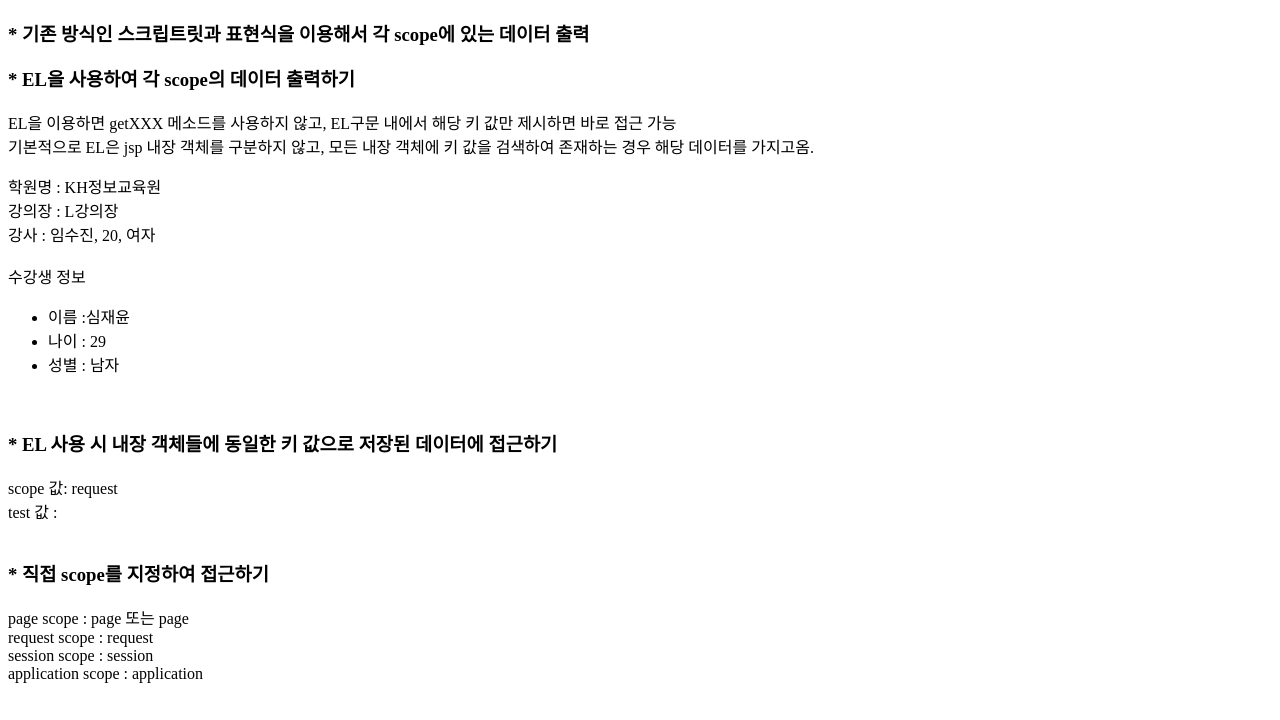
Repository: smjae96/Backup
Page: http://localhost/elActionProject/el.do
An editor plug-in stored every save of this project. The page is shown before and after the next save, followed by the edit.
The browser window is 1280 px wide. The pictures show the whole page.
The page is served by Tomcat 9.

Above is the page before, as saved 2024-03-28 02:47:51.

After the next save:
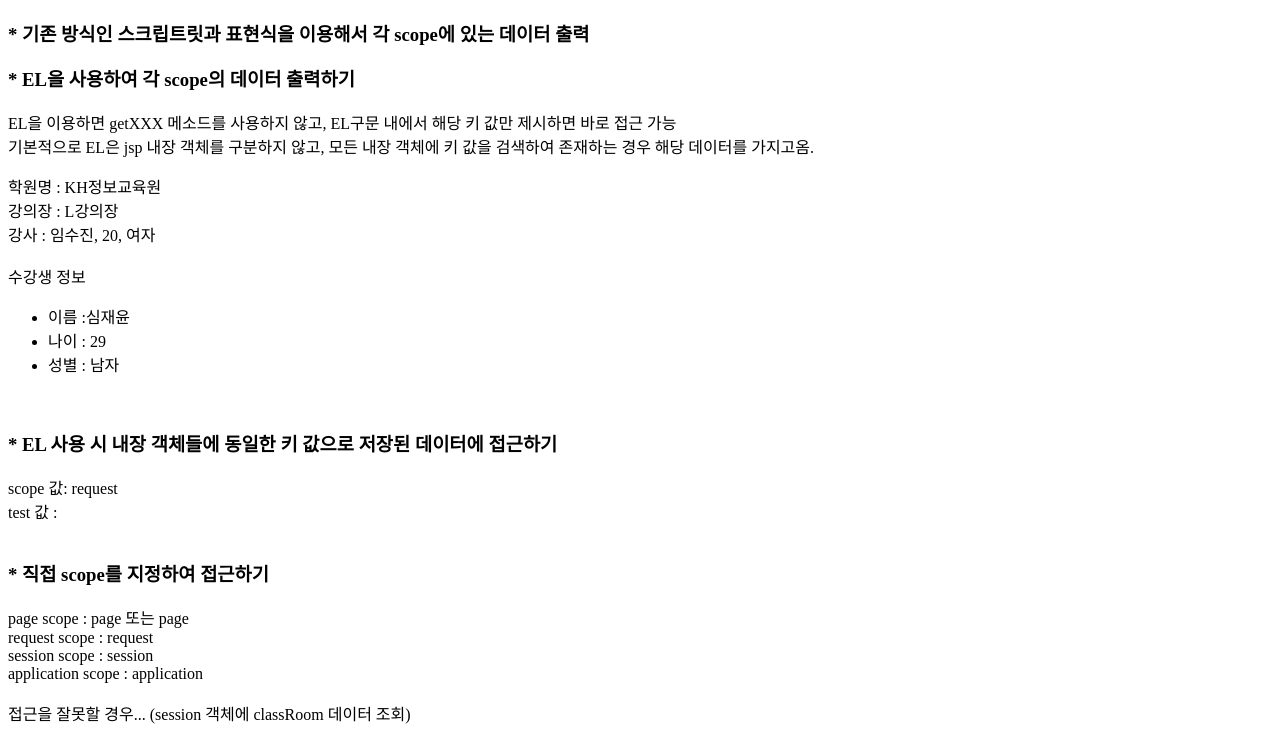
Saved 56 s later.
--- a/5_JSP/elActionProject/src/main/webapp/views/1_EL/01_el.jsp
+++ b/5_JSP/elActionProject/src/main/webapp/views/1_EL/01_el.jsp
@@ -88,5 +88,6 @@
 
 	 		키값만 사용하는 경우 원하는 데이터를 조회하지 못할 수 있음
 	  -->
+	  접근을 잘못할 경우... (session 객체에 classRoom 데이터 조회)
 </body>
 </html>
